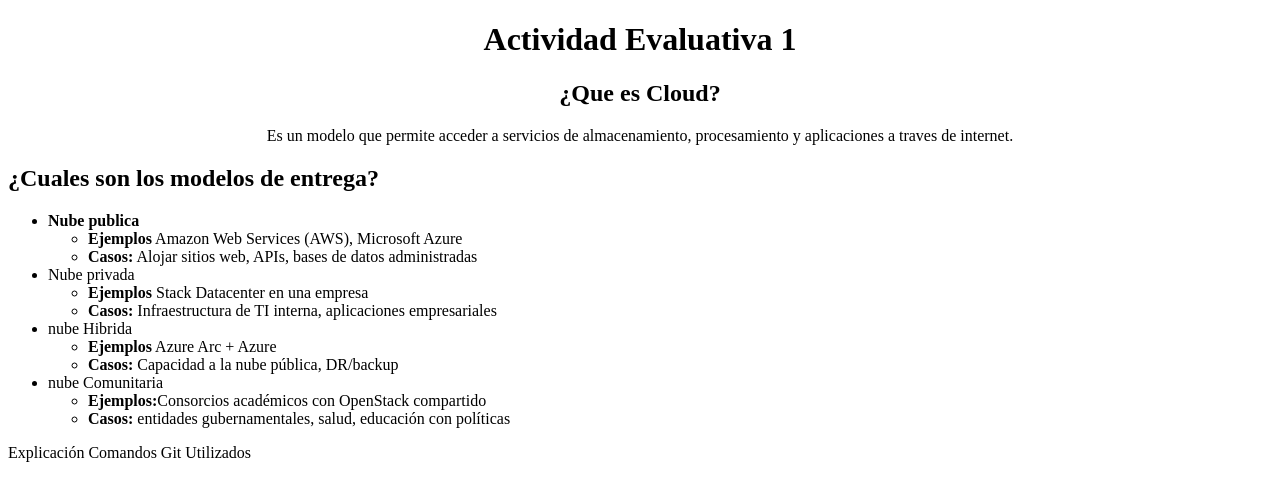
Repository: Laura-Oliveros/Actividad-Evaluativa-1
Page: LauSebas.html
An editor plug-in stored every save of this project. The page is shown before and after a run of saves, followed by the edit.
The browser window is 1280 px wide. The pictures show the whole page.

Above is the page before, as saved 2025-09-04 19:29:13.

### LauSebas.html
<!DOCTYPE html>
<html lang="en">
<head>
    <meta charset="UTF-8">
    <meta name="viewport" content="width=device-width, initial-scale=1.0">
    <title>Actividad Evaluativa 1</title>
</head>
<body>
    <div class="contenedor" style="text-align: center;">
        <h1>Actividad Evaluativa 1</h1>
        <h2>¿Que es Cloud?</h2>
        <p>Es un modelo que permite acceder a servicios de almacenamiento, procesamiento y aplicaciones a traves de internet.</p>
    </div>

    <div class="contenedor" style="text-align: left;">
        <h2>¿Cuales son los modelos de entrega?</h2>
        <ul>
            <li><strong>Nube publica</strong></li>
            <ul>
                <li><strong>Ejemplos</strong> Amazon Web Services (AWS), Microsoft Azure</li>
                <li><strong>Casos:</strong> Alojar sitios web, APIs, bases de datos administradas</li>
            </ul>

            <li>Nube privada</li>
            <ul>
                <li><strong>Ejemplos</strong> Stack Datacenter en una empresa</li>
                <li><strong>Casos:</strong> Infraestructura de TI interna, aplicaciones empresariales</li>
            </ul>

            <li>nube Hibrida</li>
            <ul>
                <li><strong>Ejemplos</strong> Azure Arc + Azure</li>
                <li><strong>Casos:</strong> Capacidad a la nube pública, DR/backup</li>
            </ul>

            <li>nube Comunitaria</li>
            <ul>
                <li><strong>Ejemplos:</strong>Consorcios académicos con OpenStack compartido</li>
                <li><strong>Casos:</strong> entidades gubernamentales, salud, educación con políticas</li>
            </ul>
        </ul>
    </div>

    <div class="contenedor" style="text-align: left;">
        Explicación Comandos Git Utilizados

    </div>



</body>
</html>

After the next 4 saves:
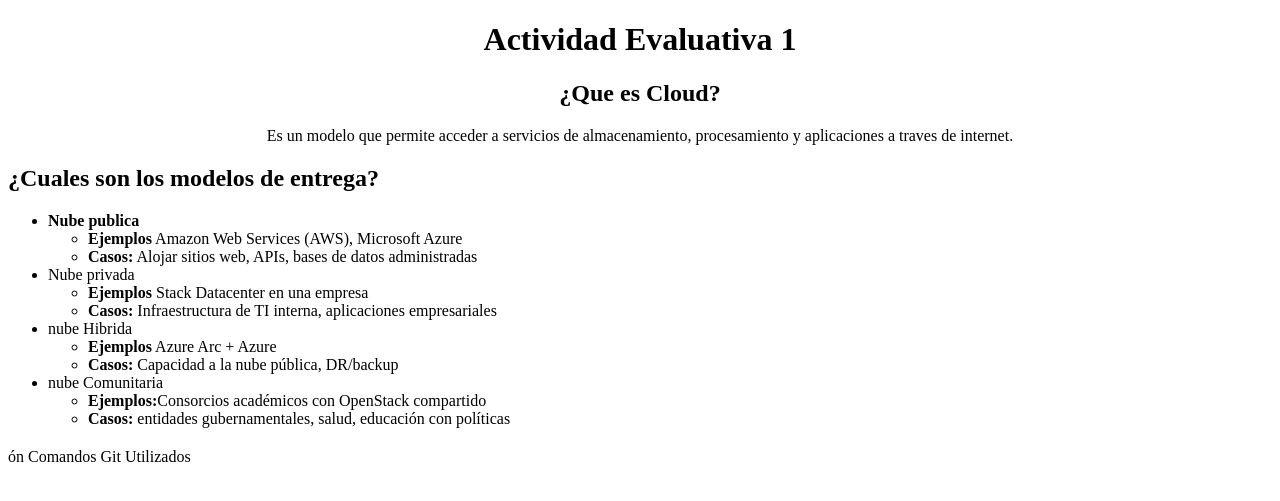
The 4 saves are shown as one change because they came seconds apart.
The last was saved 21 s later.
--- a/LauSebas.html
+++ b/LauSebas.html
@@ -42,7 +42,7 @@
     </div>
 
     <div class="contenedor" style="text-align: left;">
-        Explicación Comandos Git Utilizados
+        <h2></h2>ón Comandos Git Utilizados
 
     </div>
 
